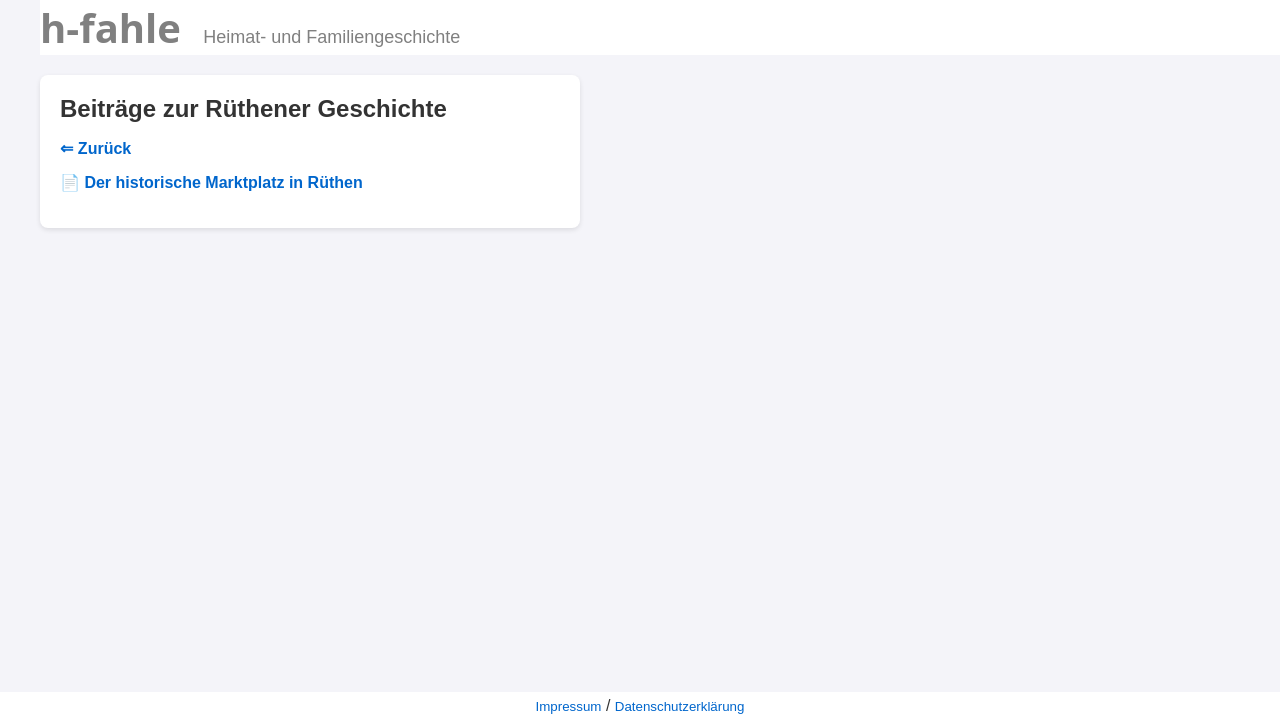
Repository: h-fahle/h-fahle.github.io
Page: geschichte/index.html
The author's editor kept a copy of each file at every save. The page is drawn from the files as they stood at one save, then again after the next save.
The browser window is 1280 px wide. The pictures show the whole page.
Some web fonts or font styles are not loaded; a fallback is used.

Above is the page before, as saved 2026-05-24 16:49:28.

After the next save:
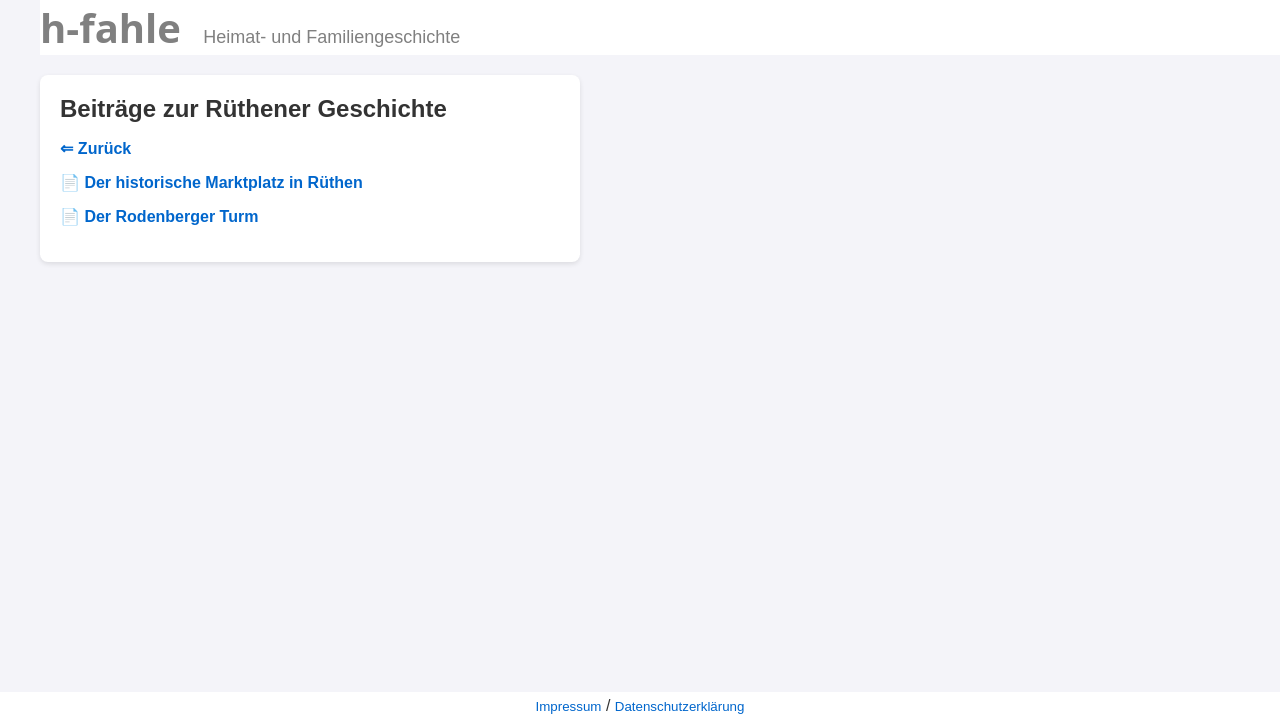
Saved 22 h 3 min later.
--- a/geschichte/index.html
+++ b/geschichte/index.html
@@ -82,6 +82,7 @@
         <ul>
             <li><a href="javascript:history.back()">⇐ Zurück</a></li>
             <li><a href="historischer_marktplatz_rüthen.pdf">📄 Der historische Marktplatz in Rüthen</a></li>
+            <li><a href="rodenberger_turm.pdf">📄 Der Rodenberger Turm</a></li>
         </ul>
     </div>
 
